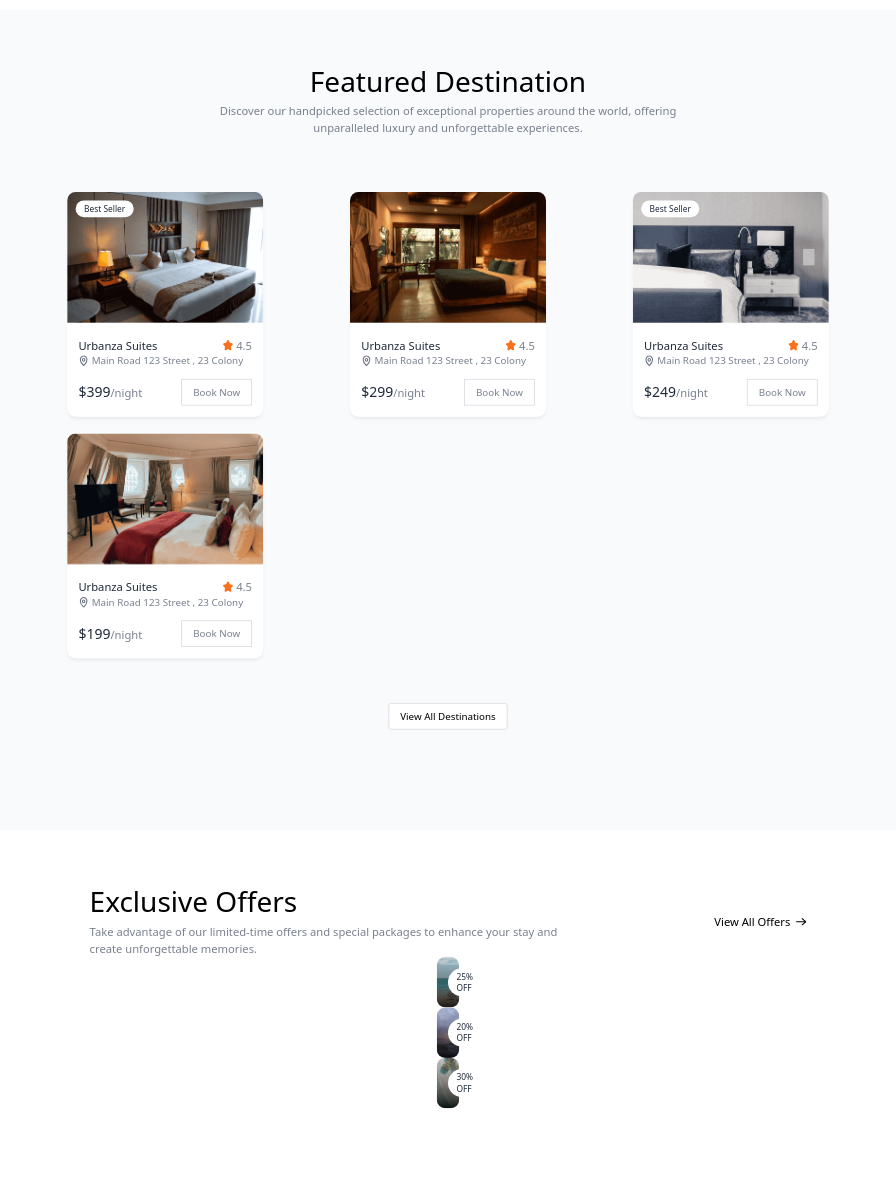
Repository: Ponn-Star/My-App
Page: / (app in FrontEnd/)
An editor plug-in stored every save of this project. The page is shown before and after the next save, followed by the edit.
The browser window is 1280 px wide. The pictures show the part of the page from y = 705 to 2625 px (the page is 2409 px tall before and 2625 px after), at 70% of full size.
The project was rebuilt for these pictures with package versions that can differ from the ones it lists, and the page was loaded fresh each time. Also part of the build but not shown: FrontEnd/vite.config.js, FrontEnd/src/assets/assets.js.

Above is the page before, as saved 2025-05-08 23:11:54.

After the next save:
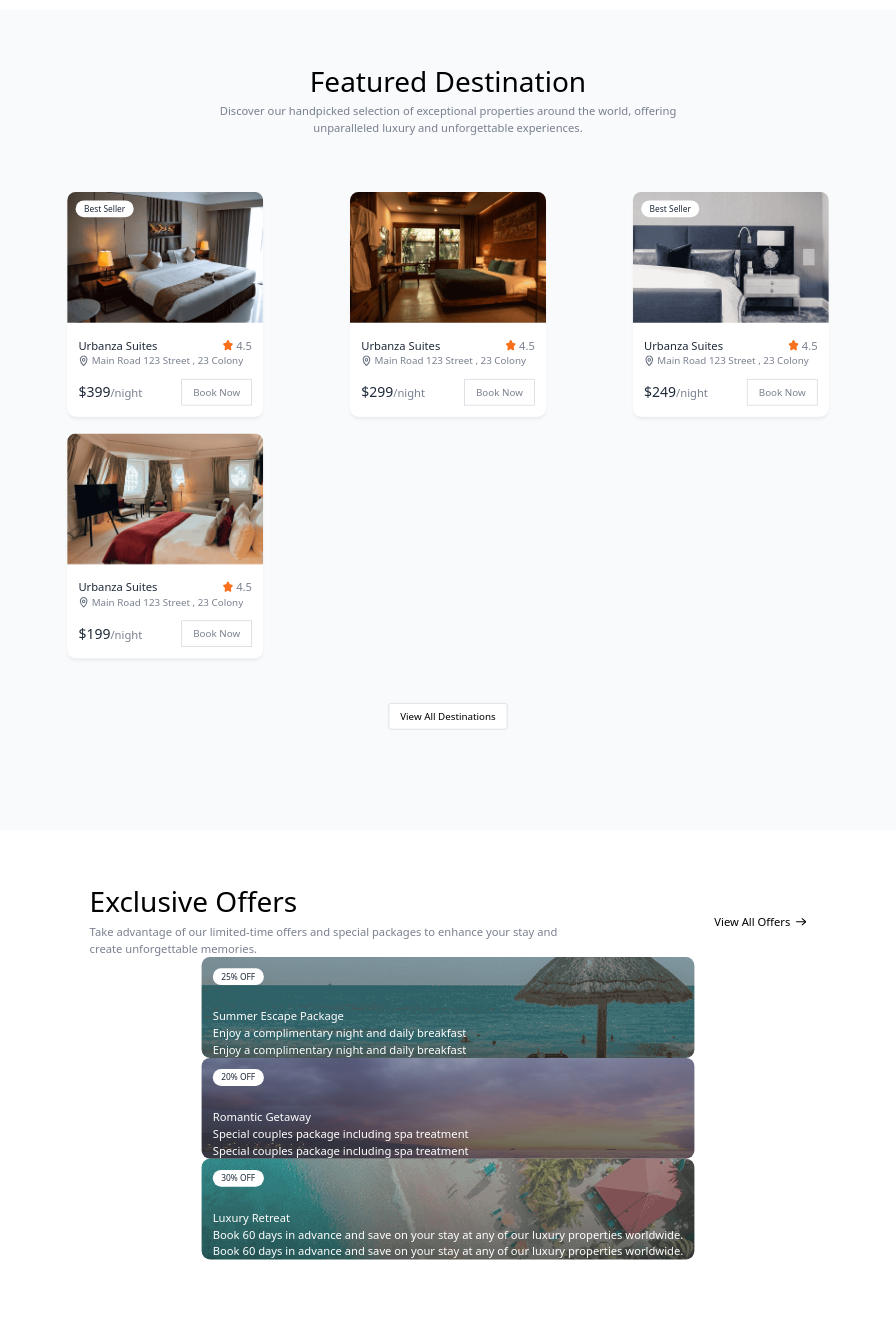
Saved 60 s later.
--- a/FrontEnd/src/components/ExclusiveOffers.jsx
+++ b/FrontEnd/src/components/ExclusiveOffers.jsx
@@ -19,6 +19,11 @@ const ExclusiveOffers = () => {
             <div key={item._id} className='group relative flex flex-col items-start justify-between gap-1 pt-12 md:pt-18 px-4 rounded-xl text-white bg-no-repeat bg-cover bg-center'
             style={{ backgroundImage: `url(${item.image})` }}>
                 <p className='px-3 py-1 absolute top-4 left-4 text-xs bg-white text-gray-800 font-medium rounded-full'>{item.priceOff}% OFF</p>
+                <div>
+                    <p>{item.title}</p>
+                    <p>{item.description}</p>
+                    <p>{item.description}</p>
+                </div>
             </div>
         ))}
       </div>
